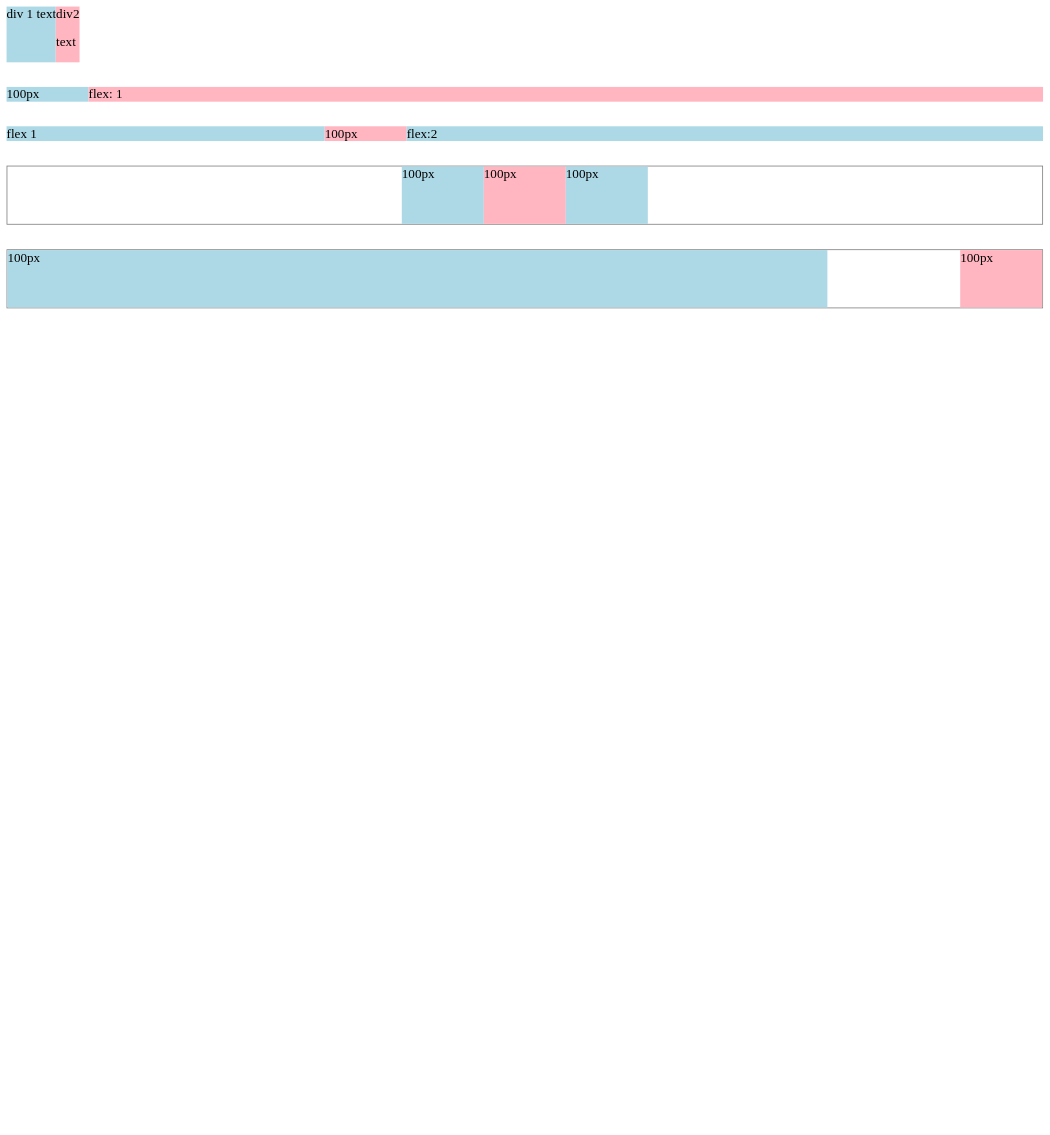
Repository: knowledgeAlan/html-css-twelve
Page: flexbox.html
The author's editor kept a copy of each file at every save. The page is drawn from the files as they stood at one save, then again after the next save.
The browser window is 1280 px wide. The pictures show the whole page, at 82% of full size.

Above is the page before, as saved 2024-03-11 17:28:05.

After the next save:
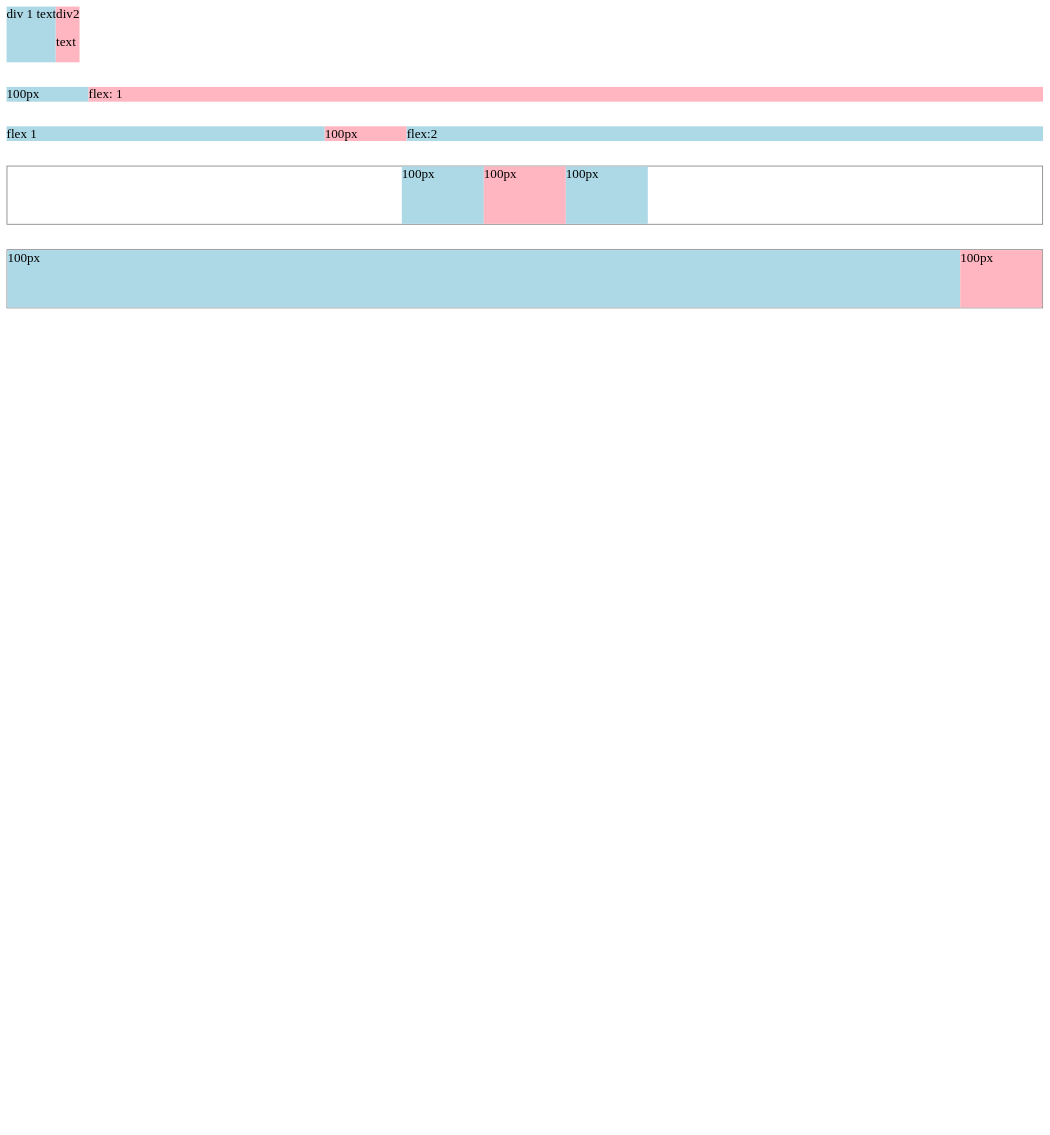
Saved 22 s later.
--- a/flexbox.html
+++ b/flexbox.html
@@ -110,7 +110,7 @@
             justify-content: space-between;
         ">
 
-            <div style="background-color: lightblue; width: 1000px;">
+            <div style="background-color: lightblue; flex:1">
                 100px
             </div>
 
